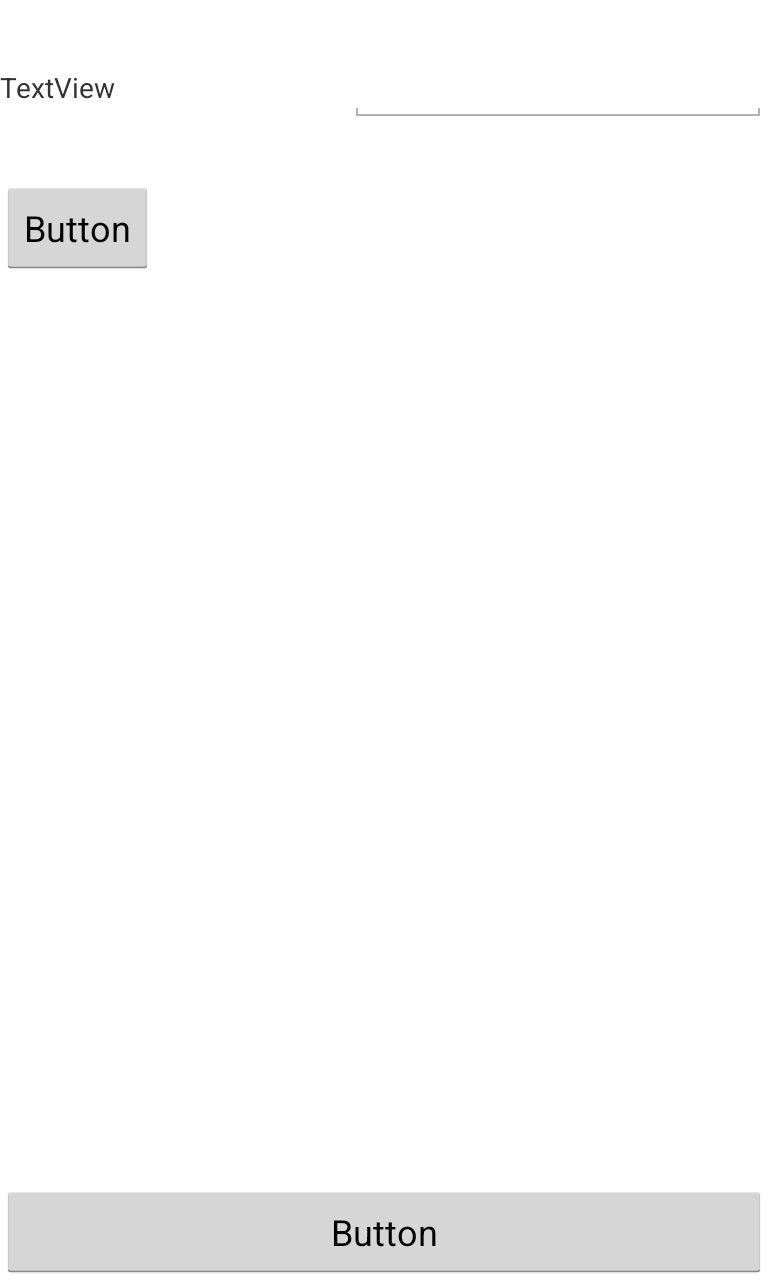
Repository: arweber1/CMPUT301_Assignment1
Layout: Assignment1/res/layout/edit_counter.xml
These files come from the project's save history. The layout is drawn as it stood at one moment and after the next save; the edit follows.
It is drawn on a 768 x 1280 px phone screen (xhdpi) without system bars, with theme AppTheme; the app's code is not run.

Above is the layout before, as saved 2014-01-24 18:41:09.

### Assignment1/res/layout/edit_counter.xml
<?xml version="1.0" encoding="utf-8"?>
<RelativeLayout xmlns:android="http://schemas.android.com/apk/res/android"
    android:layout_width="match_parent"
    android:layout_height="match_parent" >

    <TextView
        android:id="@+id/textView1"
        android:layout_width="wrap_content"
        android:layout_height="wrap_content"
        android:layout_alignParentLeft="true"
        android:layout_alignParentTop="true"
        android:layout_marginTop="34dp"
        android:text="TextView" />

    <EditText
        android:id="@+id/editName"
        android:layout_width="wrap_content"
        android:layout_height="wrap_content"
        android:layout_alignBaseline="@+id/textView1"
        android:layout_alignBottom="@+id/textView1"
        android:layout_alignParentRight="true"
        android:inputType="textCapSentences"
        android:ems="10" />

    <Button
        android:id="@+id/reset_count"
        android:layout_width="wrap_content"
        android:layout_height="wrap_content"
        android:layout_alignParentLeft="true"
        android:layout_below="@+id/editName"
        android:layout_marginTop="28dp"
        android:text="Button" />

    <Button
        android:id="@+id/save_button"
        android:layout_width="wrap_content"
        android:layout_height="wrap_content"
        android:layout_alignParentBottom="true"
        android:layout_alignParentLeft="true"
        android:layout_alignParentRight="true"
        android:text="Button" />

</RelativeLayout>

Loaded but not shown: Assignment1/res/values/styles.xml (common file); Assignment1/res/values-v11/styles.xml (common file); Assignment1/res/values-v14/styles.xml (common file)

After the next save:
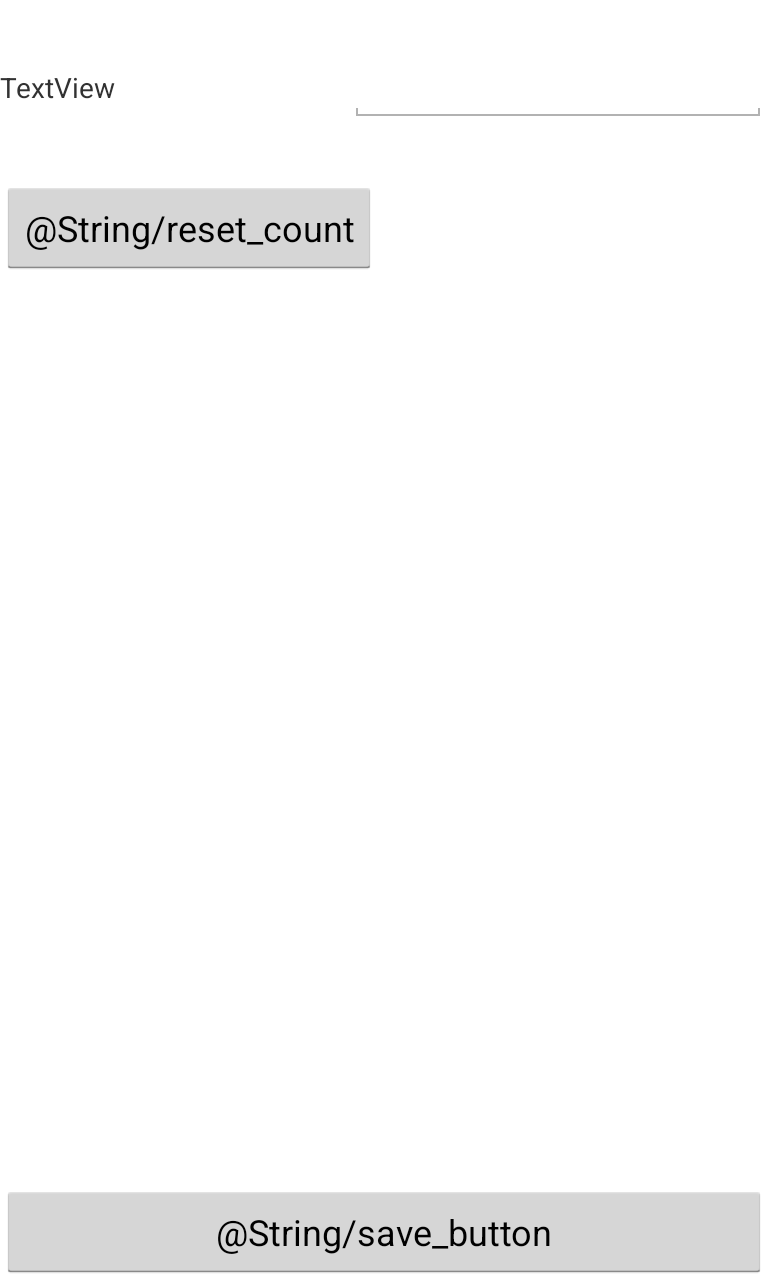
Saved 60 s later.
--- a/Assignment1/res/layout/edit_counter.xml
+++ b/Assignment1/res/layout/edit_counter.xml
@@ -29,7 +29,7 @@
         android:layout_alignParentLeft="true"
         android:layout_below="@+id/editName"
         android:layout_marginTop="28dp"
-        android:text="Button" />
+        android:text="@String/reset_count" />
 
     <Button
         android:id="@+id/save_button"
@@ -38,6 +38,6 @@
         android:layout_alignParentBottom="true"
         android:layout_alignParentLeft="true"
         android:layout_alignParentRight="true"
-        android:text="Button" />
+        android:text="@String/save_button" />
 
 </RelativeLayout>
